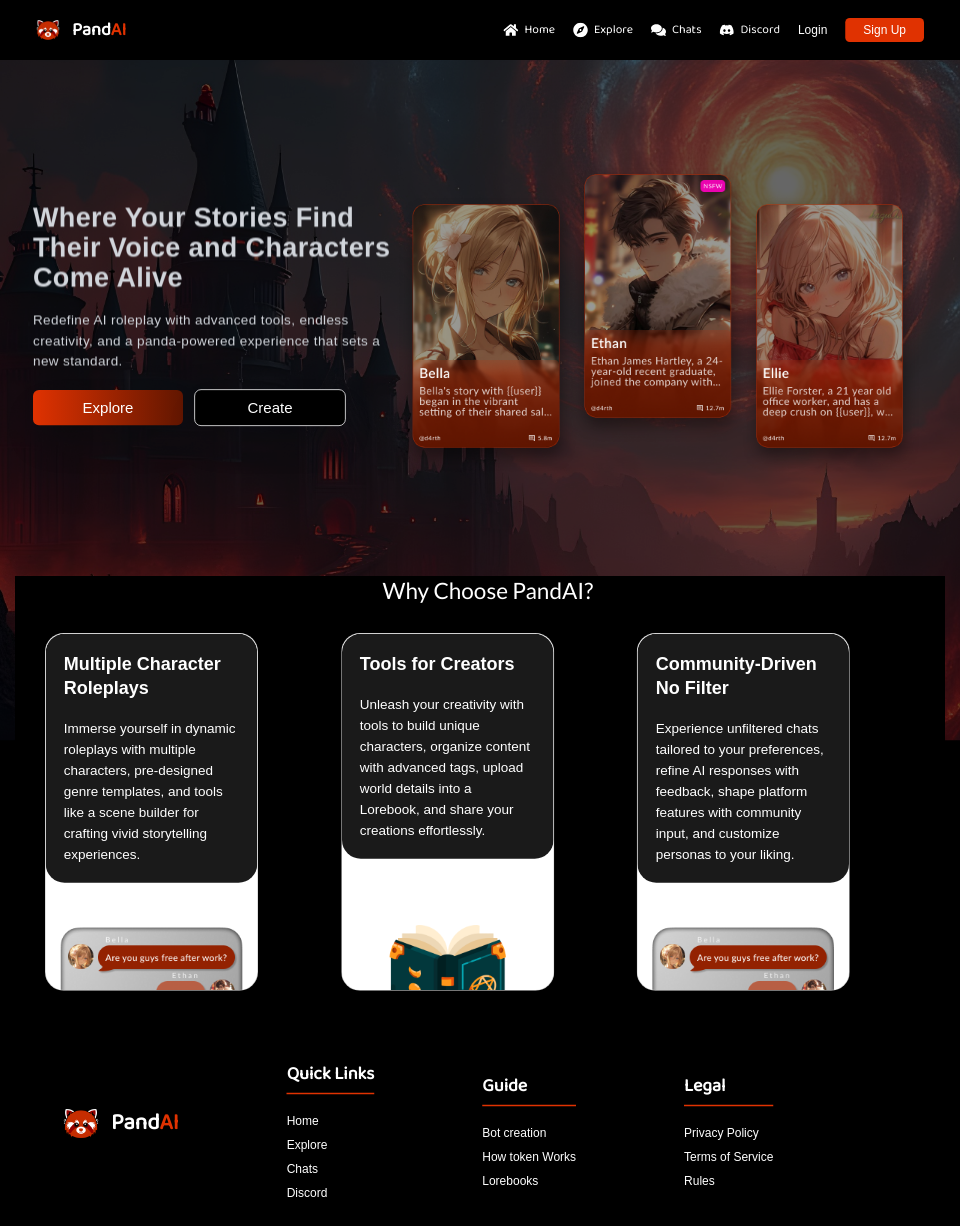
Repository: PandamoniumAI/Pandamonium
Page: /preview
The author's editor kept a copy of each file at every save. The page is drawn from the files as they stood at one save, then again after a run of saves.
The browser window is 1280 px wide. The pictures show the whole page, at 75% of full size.
Some web libraries are served in a nearby version. The project was rebuilt for these pictures with package versions that can differ from the ones it lists, and the page was loaded fresh each time. Also part of the build but not shown: vite.config.js, src/Utils/Utils.js, src/Components/SearchBar/SearchBar.jsx, src/Components/CSS/CharacterCard.css, src/Components/CharacterCard/CharacterCard.jsx, src/Components/CSS/CharacterCardModal.css, src/Components/CharacterCardModal/CharacterCardModal.jsx, src/Components/CSS/Tags.css and 15 more.

Above is the page before, as saved 2025-01-01 22:06:27.

After the next 4 saves:
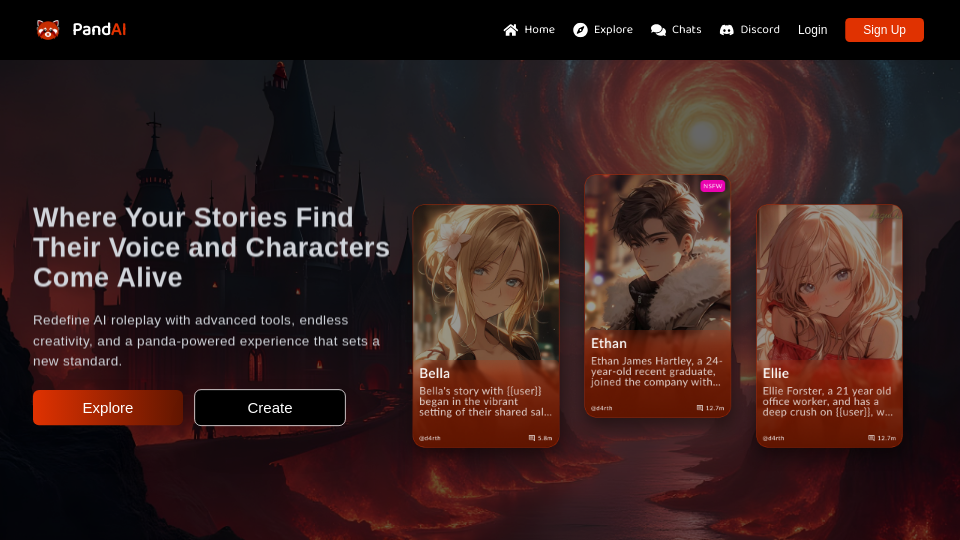
The 4 saves are shown as one change because 1 did not build or start and some came seconds apart.
The last was saved 17 s later.
--- a/src/Preview/Preview.jsx
+++ b/src/Preview/Preview.jsx
@@ -93,143 +93,8 @@
 </div>
 
 
-      <div className="info px-10 relative bg-black" style={{top: "700px"}}>
-        <div className="infotext mb-8 text-white">
-          <h1 className="text-3xl font-lato text-white ml-[450px]">
-            Why Choose PandAI?
-          </h1>
 
-          <div className="cards grid grid-cols-1 md:grid-cols-3 gap-6 mt-10">
-            {[
-              "Multiple Character Roleplays",
-              "Tools for Creators",
-              "Community-Driven No Filter",
-            ].map((title, index) => (
-              <div
-                key={index}
-                className="card relative flex flex-col justify-between w-[284px] h-[477px] rounded-[25px] overflow-hidden"
-                onMouseMove={(e) => handleCardHover(e, e.currentTarget)}
-              >
-                <div
-                  className="absolute inset-0 -z-10 rounded-[25px]"
-                  style={{
-                    background:
-                      "linear-gradient(135deg, #BF18C2, #6B1C8F, #1D0375)",
-                    position: "absolute",
-                    top: 0,
-                    left: 0,
-                    right: 0,
-                    bottom: 0,
-                    borderRadius: "25px",
-                    padding: "2px",
-                  }}
-                />
-                <div className="content p-6 bg-[#1A1A1A] flex flex-col justify-between h-full rounded-[25px]">
-                  <h2 className="text-2xl font-semibold mb-4 text-white">
-                    {title}
-                  </h2>
-                  <p className="text-lg text-white">
-                    {index === 0
-                      ? "Immerse yourself in dynamic roleplays with multiple characters, pre-designed genre templates, and tools like a scene builder for crafting vivid storytelling experiences."
-                      : index === 1
-                        ? "Unleash your creativity with tools to build unique characters, organize content with advanced tags, upload world details into a Lorebook, and share your creations effortlessly."
-                        : "Experience unfiltered chats tailored to your preferences, refine AI responses with feedback, shape platform features with community input, and customize personas to your liking."}
-                  </p>
-                </div>
-                <div className="image-container mt-4">
-                  {index === 0 ? (
-                    <img
-                      src={Chatcard}
-                      alt="Roleplay"
-                      className="w-full rounded-[25px]"
-                    />
-                  ) : index === 1 ? (
-                    <img
-                      src={Book}
-                      alt="Creator Tools"
-                      className="w-full rounded-[25px]"
-                    />
-                  ) : (
-                    <img
-                      src={Roleplay}
-                      alt="Community"
-                      className="w-full rounded-[25px]"
-                    />
-                  )}
-                </div>
-              </div>
-            ))}
-          </div>
-
-          <div className="Footer bg-black py-8 px-6 mt-10 flex items-center justify-start space-x-36">
-            <div className="flex items-center">
-              <img
-                className="w-12 h-12 mr-4 transform transition duration-300 hover:scale-110"
-                src={Animal}
-                alt="Logo"
-              />
-              <h1 className="text-3xl font-bold font-baloo text-white">
-                Pand<span className="text-[#E03201]">AI</span>
-              </h1>
-            </div>
-
-            <div className="Quicklinks mr-36 mt-6">
-              <h1 className="text-2xl font-bold font-baloo text-white border-b-2 border-[#E03201] pb-2">
-                Quick Links
-              </h1>
-              <ul className="list-none pl-0 mt-4 space-y-2">
-                <li className="text-white hover:text-[#E03201] transition duration-300 transform hover:translate-x-2">
-                  <a href="#">Home</a>
-                </li>
-                <li className="text-white hover:text-[#E03201] transition duration-300 transform hover:translate-x-2">
-                  <a href="#">Explore</a>
-                </li>
-                <li className="text-white hover:text-[#E03201] transition duration-300 transform hover:translate-x-2">
-                  <a href="#">Chats</a>
-                </li>
-                <li className="text-white hover:text-[#E03201] transition duration-300 transform hover:translate-x-2">
-                  <a href="#">Discord</a>
-                </li>
-              </ul>
-            </div>
-
-            <div className="guide mr-36 mt-6">
-              <h1 className="text-2xl font-bold font-baloo text-white border-b-2 border-[#E03201] pb-2">
-                Guide
-              </h1>
-              <ul className="list-none pl-0 mt-4 space-y-2">
-                <li className="text-white hover:text-[#E03201] transition duration-300 transform hover:translate-x-2">
-                  <a href="#">Bot creation</a>
-                </li>
-                <li className="text-white hover:text-[#E03201] transition duration-300 transform hover:translate-x-2">
-                  <a href="#">How token Works</a>
-                </li>
-                <li className="text-white hover:text-[#E03201] transition duration-300 transform hover:translate-x-2">
-                  <a href="#">Lorebooks</a>
-                </li>
-              </ul>
-            </div>
-
-            <div className="legal mr-36 mt-6">
-              <h1 className="text-2xl font-bold font-baloo text-white border-b-2 border-[#E03201] pb-2">
-                Legal
-              </h1>
-              <ul className="list-none pl-0 mt-4 space-y-2">
-                <li className="text-white hover:text-[#E03201] transition duration-300 transform hover:translate-x-2">
-                  <a href="#">Privacy Policy</a>
-                </li>
-                <li className="text-white hover:text-[#E03201] transition duration-300 transform hover:translate-x-2">
-                  <a href="#">Terms of Service</a>
-                </li>
-                <li className="text-white hover:text-[#E03201] transition duration-300 transform hover:translate-x-2">
-                  <a href="#">Rules</a>
-                </li>
-              </ul>
-            </div>
-          </div>
 
         </div>
-      </div>
-    </div>
   );
 }
